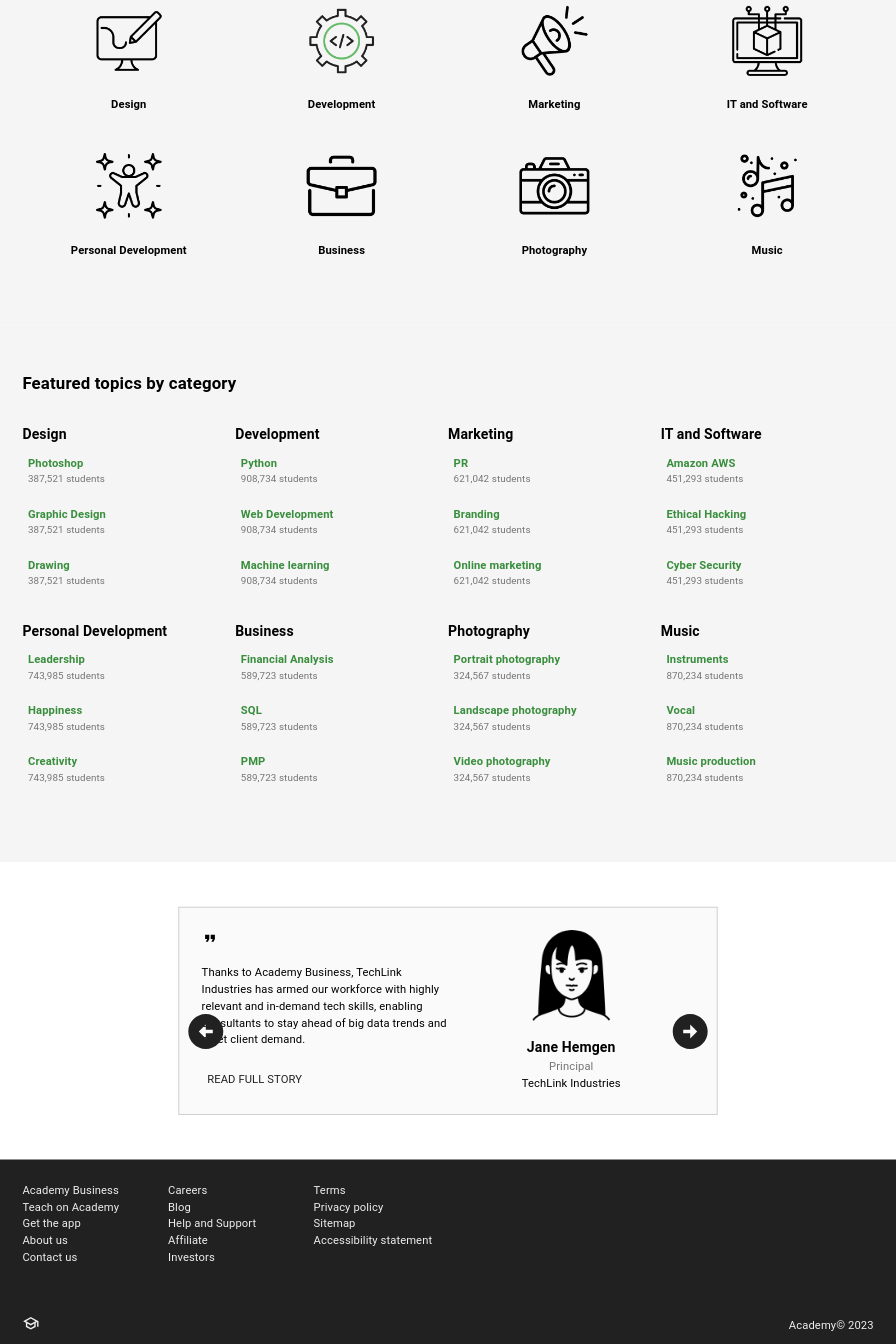
Repository: princ3-web/academy
Page: /
The author's editor kept a copy of each file at every save. The page is drawn from the files as they stood at one save, then again after a run of saves.
The browser window is 1280 px wide. The pictures show the part of the page from y = 3699 to 5619 px (the page is 5619 px tall before and 5613 px after), at 70% of full size.
The project was rebuilt for these pictures with package versions that can differ from the ones it lists, and the page was loaded fresh each time. Also part of the build but not shown: vite.config.js, src/pages/Courses.jsx, src/pages/Business.jsx, src/pages/Teach.jsx.

Above is the page before, as saved 2023-07-12 17:18:07.

After the next 2 saves:
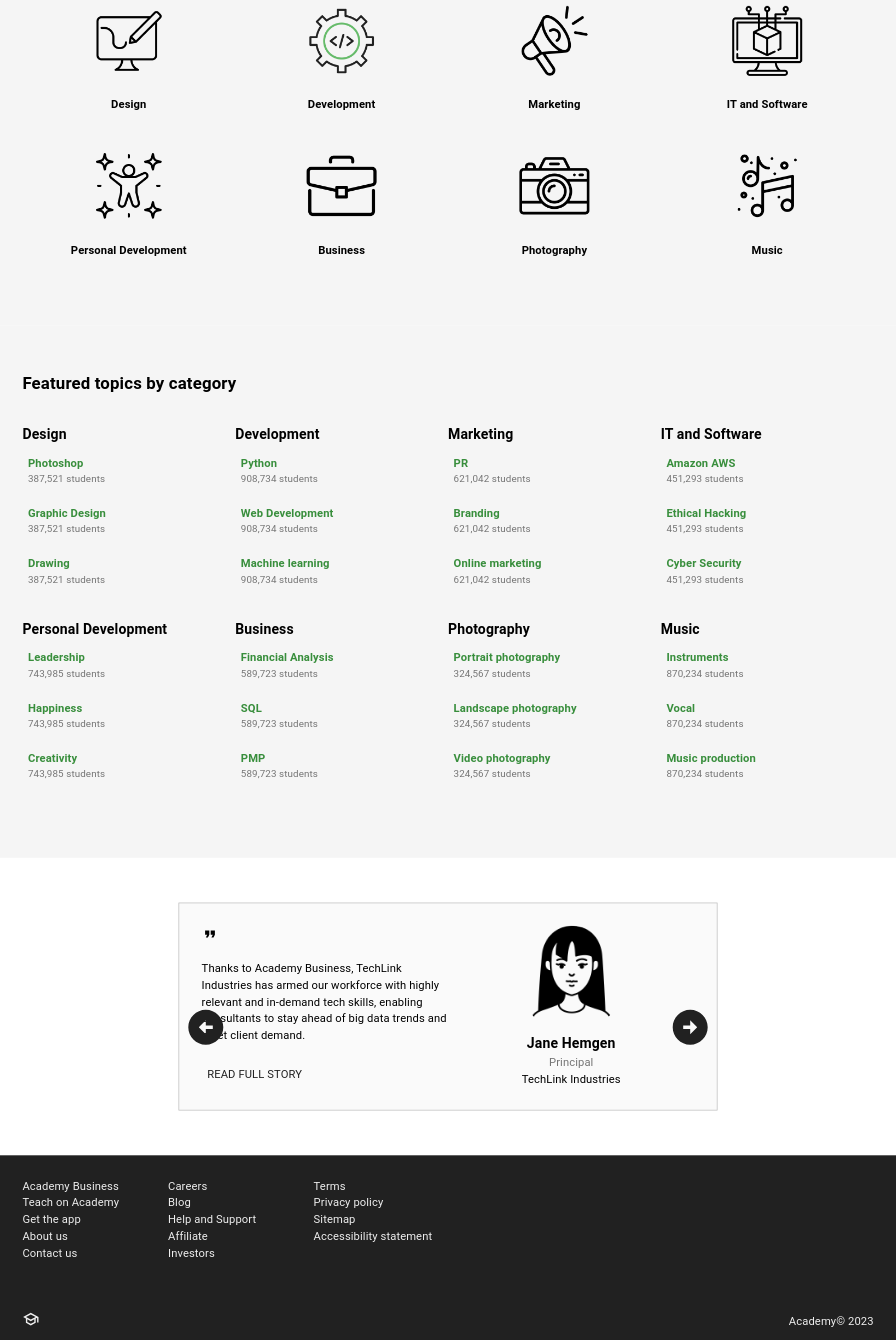
The 2 saves are shown as one change because they came seconds apart.
The last was saved 14 s later.
--- a/src/pages/Home.jsx
+++ b/src/pages/Home.jsx
@@ -168,7 +168,7 @@
                   <Typography fontWeight={600} color={green[700]}>
                     {i}
                   </Typography>
-                  <Typography fontSize={14} color={grey[600]} mb={2}>
+                  <Typography  variant={"body2"} color={grey[600]} mb={2}>
                     {item.students.toLocaleString()} students
                   </Typography>
                 </Button>
